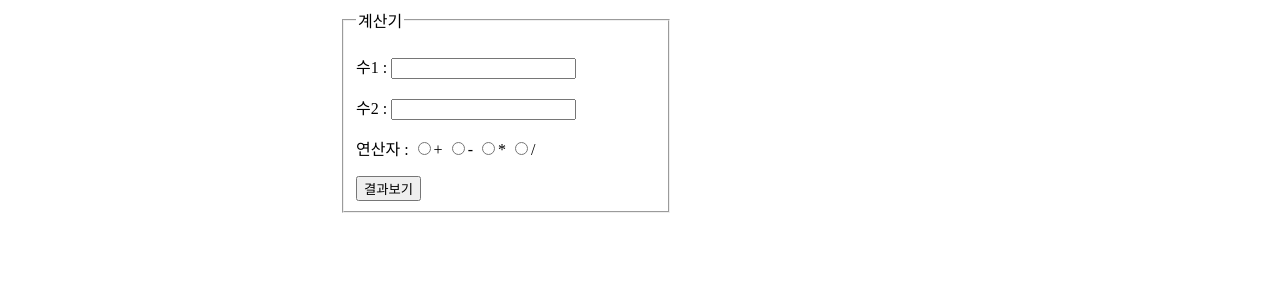
Repository: hocube/jspstudy
Page: 01_servlet/src/main/webapp/view/ex07.html
The author's editor kept a copy of each file at every save. The page is drawn from the files as they stood at one save, then again after the next save.
The browser window is 1280 px wide. The pictures show the whole page.

Above is the page before, as saved 2023-06-30 04:18:52.

After the next save:
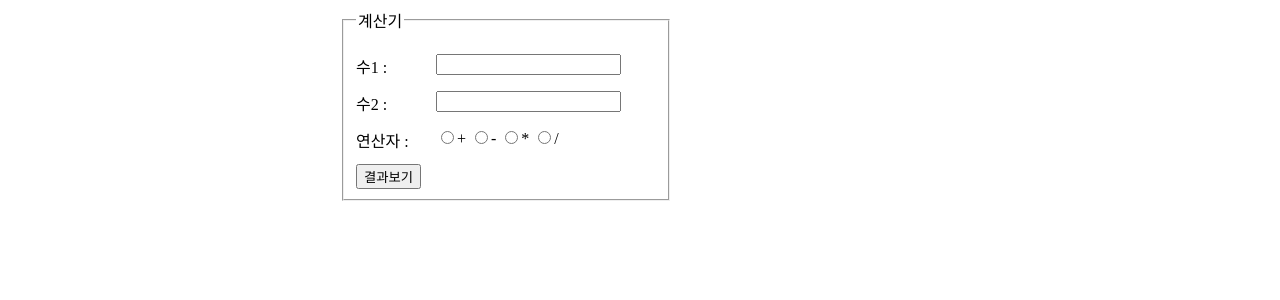
Saved 40 s later.
--- a/01_servlet/src/main/webapp/view/ex07.html
+++ b/01_servlet/src/main/webapp/view/ex07.html
@@ -14,6 +14,8 @@
 	label{
 		width: 80px;
 		height: 30px;
+		float: left;
+		linet-height: 40px;
 	}
 </style>
 </head>
